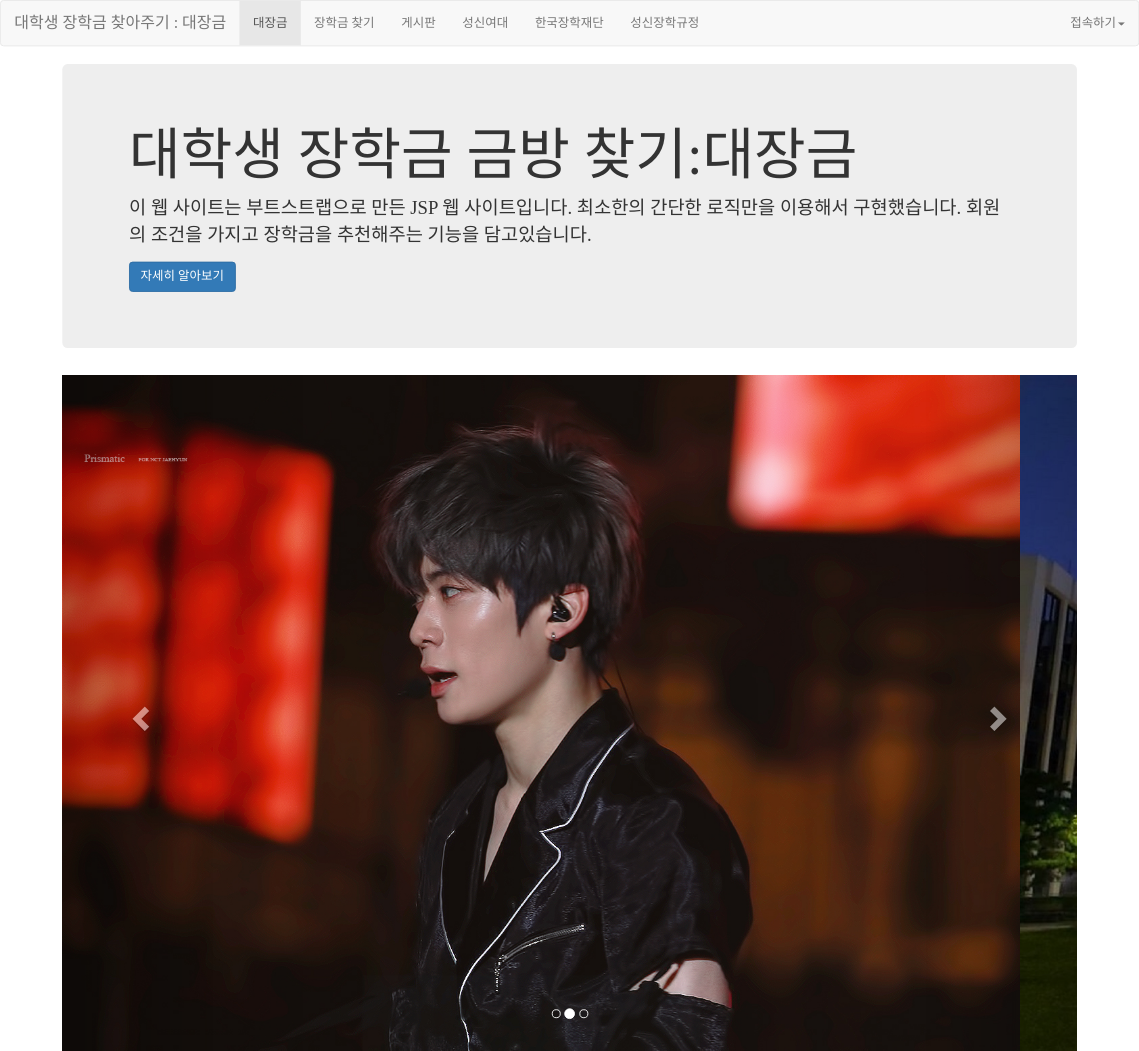
Repository: jiwon-214/DJG
Page: http://localhost/DJG/main.jsp
These files come from the project's save history. The page is drawn as it stood at one moment and after the next save; the edit follows.
The browser window is 1280 px wide. The pictures show the whole page, at 89% of full size.
Some web fonts or font styles are not loaded; a fallback is used. Some web libraries are served in a nearby version. The page is served by Tomcat 9.

Above is the page before, as saved 2022-02-10 17:34:40.

After the next save:
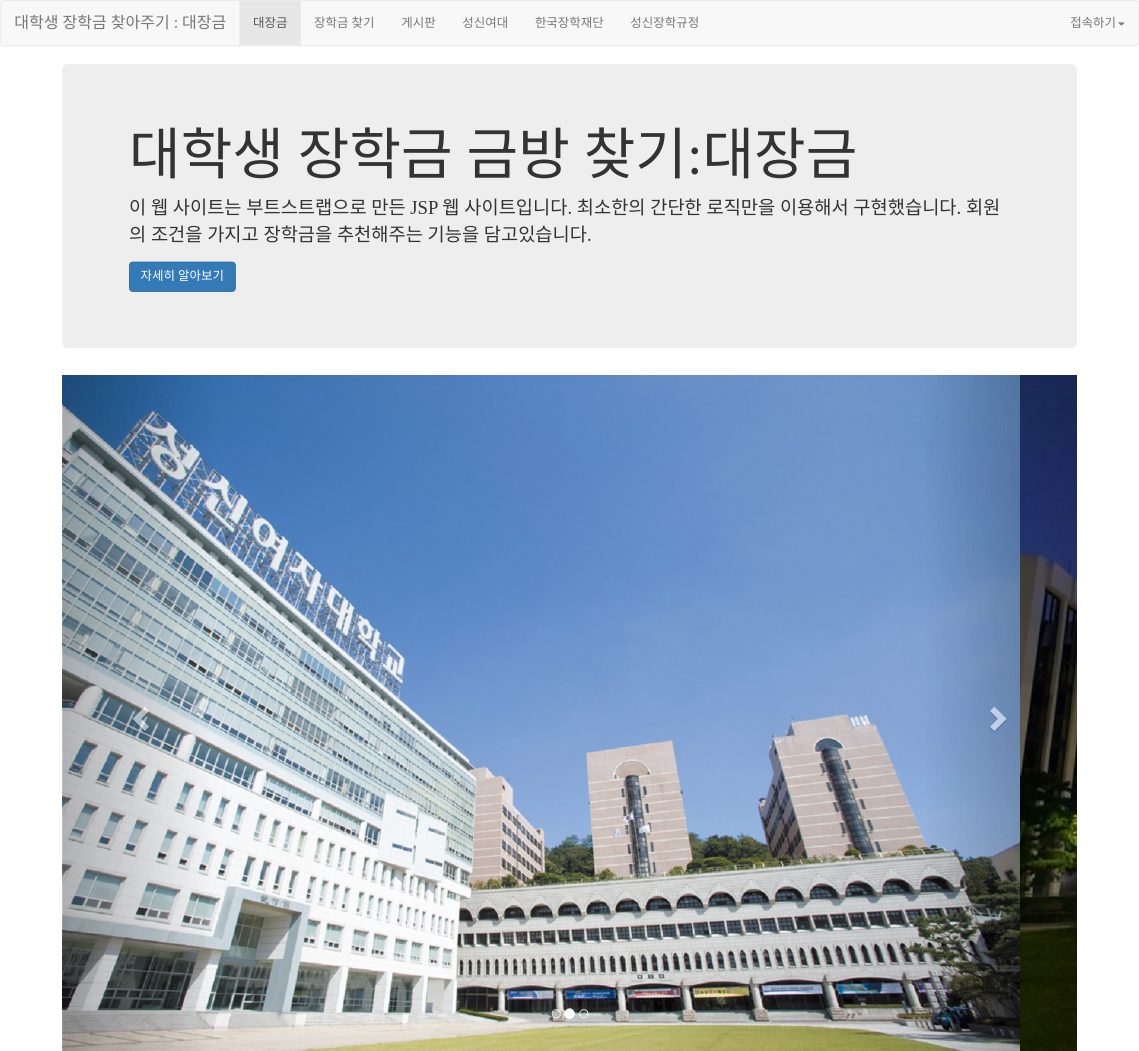
Saved 46 min 46 s later.
--- a/DJG/WebContent/main.jsp
+++ b/DJG/WebContent/main.jsp
@@ -96,7 +96,7 @@
 			<%-- 실질적인 사진을 넣어줌 --%>
 			<div class="carousel-inner">
 				<div class="item active">
-					<img src="images/3.jpg">
+					<img src="images/school1.jpg">
 				</div>
 				<div class="item">
 					<img src="images/school2.jpg">
